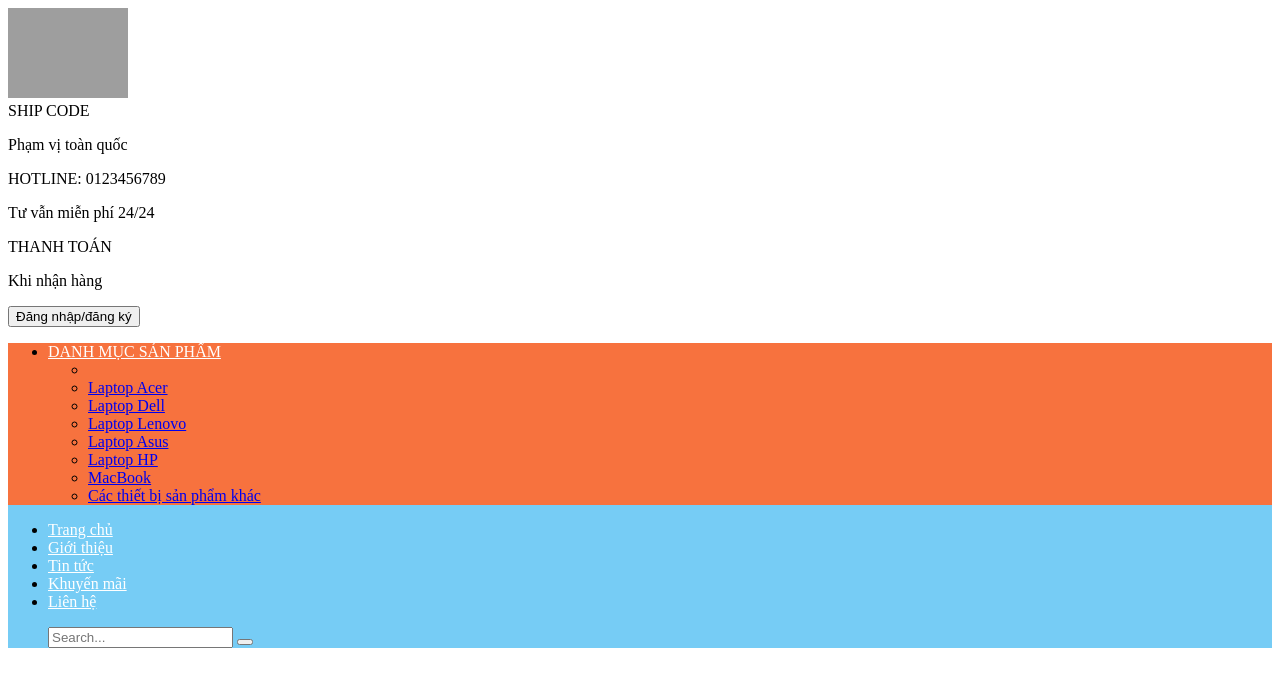
Repository: dhuNn103/DA
Page: http://localhost/CPT/all/homeHeader.jsp
These files come from the project's save history. The page is drawn as it stood at one moment and after the next save; the edit follows.
The browser window is 1280 px wide. The pictures show the whole page.
The pointer rests on the first visible `.nav-item`.
Pictures or frames that could not be fetched are drawn as grey boxes. The page is served by Tomcat 9.

Above is the page before, as saved 2024-05-19 09:45:33.

After the next save:
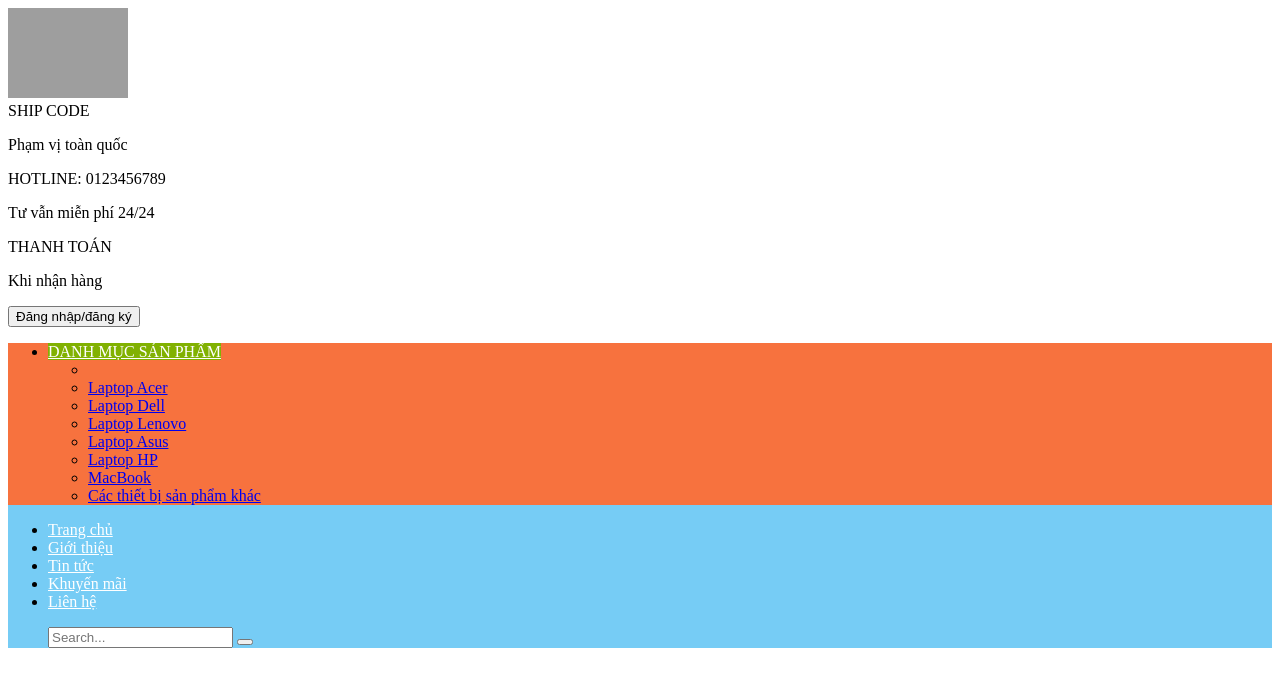
Saved 3 min 36 s later.
--- a/workspace/CPT/src/main/webapp/all/homeHeader.jsp
+++ b/workspace/CPT/src/main/webapp/all/homeHeader.jsp
@@ -24,6 +24,10 @@
 }
 .li .a:hover{
 	background-color: #f7723e;
+}
+.nav-item:hover .nav-link {
+  background-color: #81B101;
+  color: #fff;
 }
 </style>
 </head>
